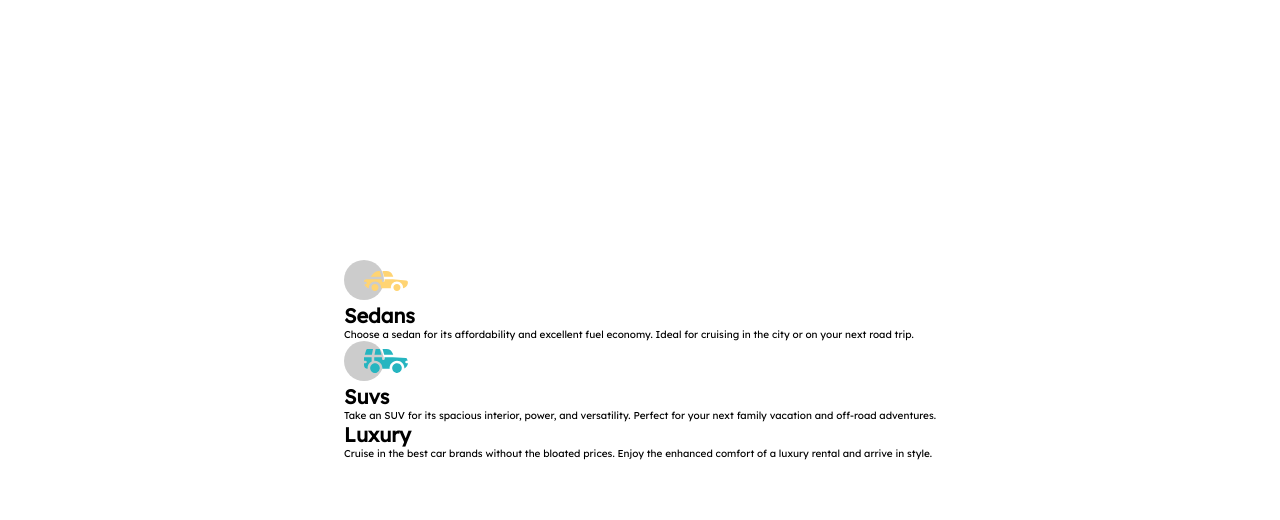
Repository: thaibaocoder1/3-column-card
Page: index.html
The author's editor kept a copy of each file at every save. The page is drawn from the files as they stood at one save, then again after the next save.
The browser window is 1280 px wide. The pictures show the whole page.

Above is the page before, as saved 2023-01-11 20:44:51.

### index.html
<!DOCTYPE html>
<html lang="en">
<head>
  <meta charset="UTF-8">
  <meta name="viewport" content="width=device-width, initial-scale=1.0">
  <link rel="icon" type="image/png" sizes="32x32" href="./images/favicon-32x32.png">
  <title>Frontend Mentor | 3-column preview card component</title>
  <link rel="preconnect" href="https://fonts.googleapis.com">
  <link rel="preconnect" href="https://fonts.gstatic.com" crossorigin>
  <link href="https://fonts.googleapis.com/css2?family=Big+Shoulders+Display:wght@700&family=Lexend+Deca&display=swap" rel="stylesheet">
  <link rel="stylesheet" href="./styles.css">
</head>
<body>

  <main class="container">
    <div class="container__box">
      <img src="./images/icon-sedans.svg" alt="" class="container--image">
      <h1 class="container--heading">Sedans</h1>
      Choose a sedan for its affordability and excellent fuel economy. Ideal for cruising in the city
      or on your next road trip.
    </div>

    <div class="container__box">
      <img src="./images/icon-suvs.svg" alt="" class="container--image">
      <h1 class="container--heading">Suvs</h1>
      Take an SUV for its spacious interior, power, and versatility. Perfect for your next family vacation
      and off-road adventures.
    </div>

    <div class="container__box">
      <h1 class="container--heading">Luxury</h1>
      Cruise in the best car brands without the bloated prices. Enjoy the enhanced comfort of a luxury
      rental and arrive in style.
    </div>
  </main>


</body>
</html>

### styles.css
* {
    margin: 0;
    padding: 0;
    box-sizing: border-box;
}
html {
    font-size: 62.5%;
}
body {
    text-rendering: optimizeLegibility;
    scroll-behavior: smooth;
    font-family: 'Big Shoulders Display', cursive;
    font-family: 'Lexend Deca', sans-serif;
    display: flex;
    align-items: center;
    justify-content: center;
    min-height: calc(100vh - 1px);
}
:root {
    --bright-orange: hsl(31, 77%, 52%);
    --dark-cyan: hsl(184, 100%, 22%);
    --very-dark-cyan: hsl(179, 100%, 13%);
    --white-p:  hsla(0, 0%, 100%, 0.75);
    --light-gray: hsl(0, 0%, 95%);
}

After the next save:
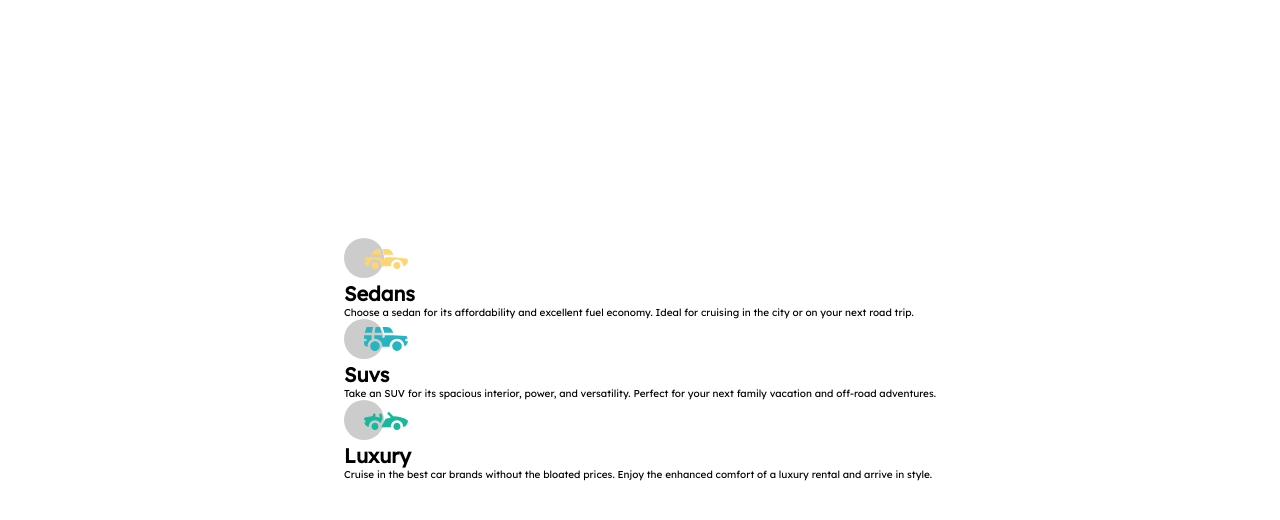
Saved 9 s later.
--- a/index.html
+++ b/index.html
@@ -28,6 +28,7 @@
     </div>
 
     <div class="container__box">
+      <img src="./images/icon-luxury.svg" alt="" class="container--image">
       <h1 class="container--heading">Luxury</h1>
       Cruise in the best car brands without the bloated prices. Enjoy the enhanced comfort of a luxury
       rental and arrive in style.
